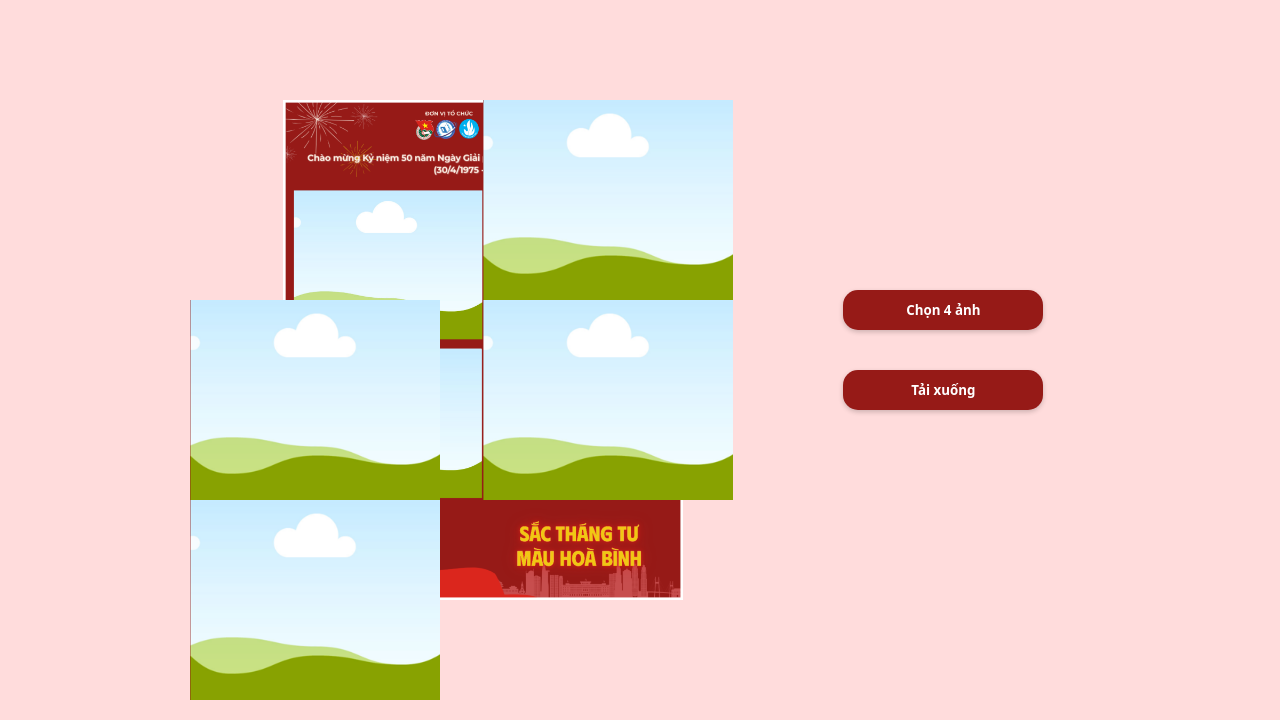
Repository: nguyentambinh/tuoitretdmu
Page: http://localhost/
The author's editor kept a copy of each file at every save. The page is drawn from the files as they stood at one save, then again after a run of saves.
The browser window is 1280 px wide. The pictures show the whole page.
The page is run by PHP 8.4 with error messages shown; the project is at /var/www/html/.

Above is the page before, as saved 2025-04-10 14:03:11.
Console error: TypeError: Cannot read properties of null (reading 'addEventListener')

After the next 3 saves:
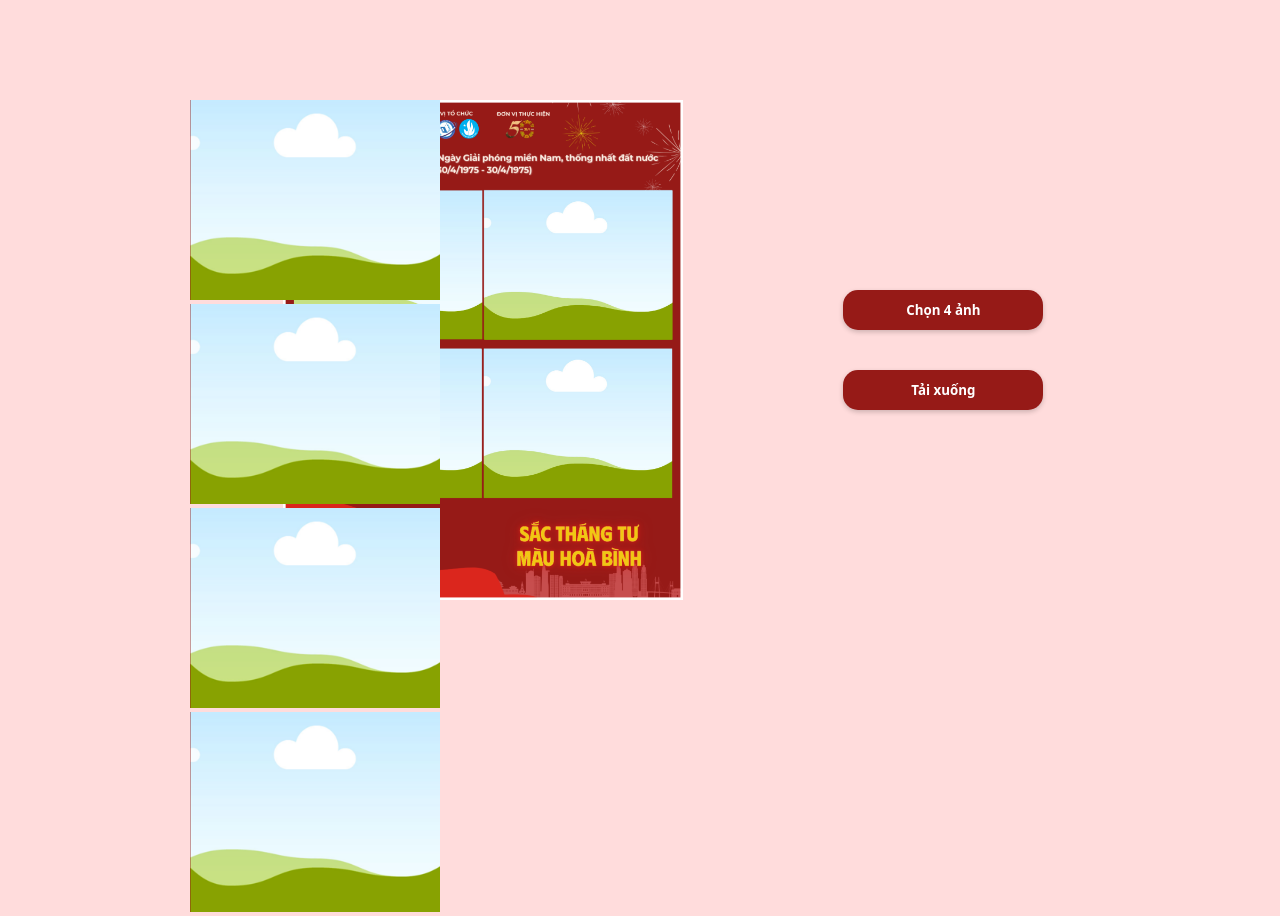
The 3 saves are shown as one change because they came seconds apart.
The last was saved 9 s later.
--- a/index.php
+++ b/index.php
@@ -11,12 +11,11 @@
     <div class = "container-box">
         <div class="background-box grid grid-cols-2 gap-2 mt-4">
             <div class="picture-box">
-
+                <img src="/picture/1.png" alt="" class="img-sub w-full h-[150px] object-cover rounded">
+                <img src="/picture/2.png" alt="" class="img-sub w-full h-[150px] object-cover rounded">
+                <img src="/picture/3.png" alt="" class="img-sub w-full h-[150px] object-cover rounded">
+                <img src="/picture/4.png" alt="" class="img-sub w-full h-[150px] object-cover rounded">
             </div>
-            <img src="/picture/1.png" alt="" class="img-sub w-full h-[150px] object-cover rounded">
-            <img src="/picture/2.png" alt="" class="img-sub w-full h-[150px] object-cover rounded">
-            <img src="/picture/3.png" alt="" class="img-sub w-full h-[150px] object-cover rounded">
-            <img src="/picture/4.png" alt="" class="img-sub w-full h-[150px] object-cover rounded">
         </div>
         <div class="control-box">
             <button id="btn-add-picture" class=" btn-custom">
